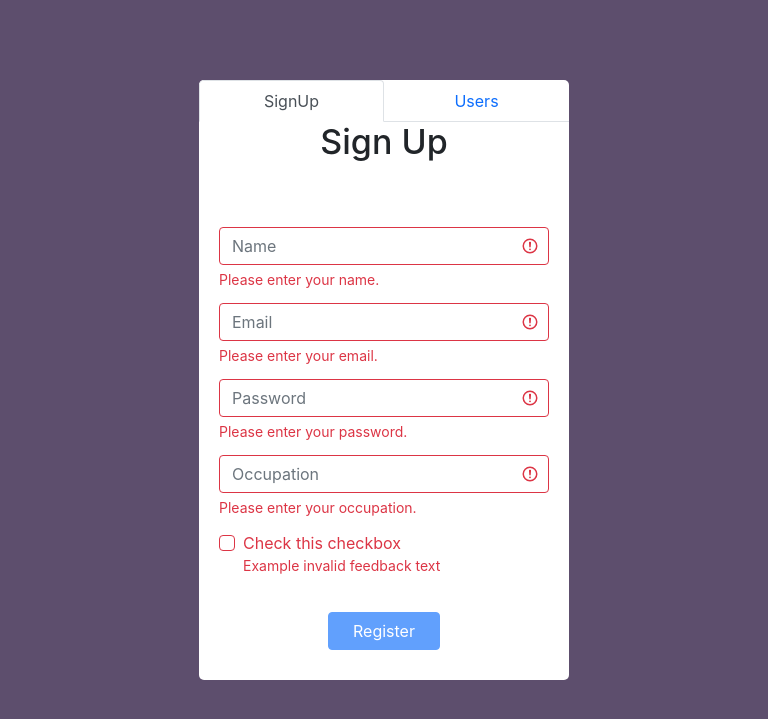
Repository: asadalibest1/SignUp-from
Page: /
The author's editor kept a copy of each file at every save. The page is drawn from the files as they stood at one save, then again after the next save.
The browser window is 768 px wide. The pictures show the whole page.
The project was rebuilt for these pictures with package versions that can differ from the ones it lists, and the page was loaded fresh each time.

Above is the page before, as saved 2021-02-07 23:17:18.

### public/index.html
<!DOCTYPE html>
<html lang="en">
  <head>
    <meta charset="utf-8" />
    <link rel="icon" href="%PUBLIC_URL%/favicon.png" />
    <meta name="viewport" content="width=device-width, initial-scale=1" />
    <meta name="theme-color" content="#000000" />
    <meta
      name="description"
      content="Web site created using create-react-app"
    />
    <link rel="apple-touch-icon" href="%PUBLIC_URL%/logo192.png" />
    <!--
      manifest.json provides metadata used when your web app is installed on a
      user's mobile device or desktop. See https://developers.google.com/web/fundamentals/web-app-manifest/
    -->
    <link rel="manifest" href="%PUBLIC_URL%/manifest.json" />
    <!--
      Notice the use of %PUBLIC_URL% in the tags above.
      It will be replaced with the URL of the `public` folder during the build.
      Only files inside the `public` folder can be referenced from the HTML.

      Unlike "/favicon.ico" or "favicon.ico", "%PUBLIC_URL%/favicon.ico" will
      work correctly both with client-side routing and a non-root public URL.
      Learn how to configure a non-root public URL by running `npm run build`.
    -->
    <!-- Bootstrap -->
    <link href="https://cdn.jsdelivr.net/npm/bootstrap@5.0.0-beta1/dist/css/bootstrap.min.css" rel="stylesheet" integrity="sha384-giJF6kkoqNQ00vy+HMDP7azOuL0xtbfIcaT9wjKHr8RbDVddVHyTfAAsrekwKmP1" crossorigin="anonymous">
    <title>Sign Up</title>
  </head>
  <body>
    <noscript>You need to enable JavaScript to run this app.</noscript>
    <div id="root"></div>
    <!--
      This HTML file is a template.
      If you open it directly in the browser, you will see an empty page.

      You can add webfonts, meta tags, or analytics to this file.
      The build step will place the bundled scripts into the <body> tag.

      To begin the development, run `npm start` or `yarn start`.
      To create a production bundle, use `npm run build` or `yarn build`.
    -->
    <script src="https://cdn.jsdelivr.net/npm/bootstrap@5.0.0-beta1/dist/js/bootstrap.bundle.min.js" integrity="sha384-ygbV9kiqUc6oa4msXn9868pTtWMgiQaeYH7/t7LECLbyPA2x65Kgf80OJFdroafW" crossorigin="anonymous"></script>
  </body>
</html>

### src/index.css
body {
  margin: 0;
  font-family: -apple-system, BlinkMacSystemFont, 'Segoe UI', 'Roboto', 'Oxygen',
    'Ubuntu', 'Cantarell', 'Fira Sans', 'Droid Sans', 'Helvetica Neue',
    sans-serif;
  -webkit-font-smoothing: antialiased;
  -moz-osx-font-smoothing: grayscale;
  background-color: #5D4E6D;
}

code {
  font-family: source-code-pro, Menlo, Monaco, Consolas, 'Courier New',
    monospace;
}

### src/App.js
import React from 'react'
import App1 from "./components/App1/App1"

export default function App() {
  return (
    <div>
      <App1 />
    </div>
  )
}

### src/components/App1/App1.js
import React from 'react'
import Tabs from '../Tabs/Tabs'

export default function App1() {
    return (
        <div>
            <Tabs />
        </div>
    )
}

### src/features/counter/counterSlice.js
import { createSlice } from '@reduxjs/toolkit';

export const counterSlice = createSlice({
  name: 'counter',
  initialState: {
    value: 0,
  },
  reducers: {
    increment: state => {
      // Redux Toolkit allows us to write "mutating" logic in reducers. It
      // doesn't actually mutate the state because it uses the Immer library,
      // which detects changes to a "draft state" and produces a brand new
      // immutable state based off those changes
      state.value += 1;
    },
    decrement: state => {
      state.value -= 1;
    },
    incrementByAmount: (state, action) => {
      state.value += action.payload;
    },
  },
});

export const { increment, decrement, incrementByAmount } = counterSlice.actions;

// The function below is called a thunk and allows us to perform async logic. It
// can be dispatched like a regular action: `dispatch(incrementAsync(10))`. This
// will call the thunk with the `dispatch` function as the first argument. Async
// code can then be executed and other actions can be dispatched
export const incrementAsync = amount => dispatch => {
  setTimeout(() => {
    dispatch(incrementByAmount(amount));
  }, 1000);
};

// The function below is called a selector and allows us to select a value from
// the state. Selectors can also be defined inline where they're used instead of
// in the slice file. For example: `useSelector((state) => state.counter.value)`
export const selectCount = state => state.counter.value;

export default counterSlice.reducer;

### src/components/Tabs/Tabs.js
import React from 'react'
import SignUp from "../SignUp/SignUp"
import Users from "../Users/Users"
import "./Tabs.css"

export default function Tabs() {
    return (
        <div className="tabs-main">
            <div className="tabs">

                <ul className="nav nav-tabs" id="myTab" role="tablist">
                    <li className="nav-item text-center w-50" role="presentation">
                        <a className="nav-link active" id="signUp-tab" data-bs-toggle="tab" href="#signUp" role="tab" aria-controls="signUp" aria-selected="true">SignUp</a>
                    </li>
                    <li className="nav-item text-center w-50" role="presentation">
                        <a className="nav-link" id="users-tab" data-bs-toggle="tab" href="#users" role="tab" aria-controls="users" aria-selected="false">Users</a>
                    </li>
                </ul>
                <div className="tab-content" id="myTabContent">
                    <div className="tab-pane fade show active" id="signUp" role="tabpanel" aria-labelledby="signUp-tab">
                        <SignUp />
                    </div>
                    <div className="tab-pane fade" id="users" role="tabpanel" aria-labelledby="users-tab">

                        <Users />
                    </div>
                </div>


            </div>
        </div>
    )
}

### src/components/SignUp/SignUp.js
import React from 'react'
import "./SignUp.css"

export default function SignUp() {
    return (
        <div className="SignUp">
          <h2 className="text-center">Sign Up</h2>

<form className="was-validated">

  <div className="mb-3">
    <input type="name" className="form-control" id="validationTextarea" placeholder="Name" required />
    <div className="invalid-feedback">
      Please enter your name.
    </div>
  </div>

  <div className="mb-3">
    <input type="email" className="form-control" id="validationTextarea" placeholder="Email" required />
    <div className="invalid-feedback">
      Please enter your email.
    </div>
  </div>

  <div className="mb-3">
    <input type="password" className="form-control" id="validationTextarea" placeholder="Password" required />
    <div className="invalid-feedback">
      Please enter your password.
    </div>
  </div>

  <div className="mb-3">
    <input type="occupation" className="form-control" id="validationTextarea" placeholder="Occupation" required />
    <div className="invalid-feedback">
      Please enter your occupation.
    </div>
  </div>


  <div className="radioButton form-check mb-3">
    <input type="checkbox" className="form-check-input" id="validationFormCheck1" required />
    <label className="form-check-label" for="validationFormCheck1">Check this checkbox</label>
    <div className="invalid-feedback">Example invalid feedback text</div>
  </div>


  <div className="mb-3 text-center">
    <button className="btn btn-primary px-4" type="submit" disabled >Register</button>
  </div>
</form>
        </div>
    )
}

### src/components/Users/Users.js
import React from 'react'
import "./Users.css"

export default function Users() {
    return (
        <div className="users">

<div  className="tabpanel" role="tabpanel">
    <div className="panel-coloumn mt-3">
  <div className="list-group" id="myList" role="tablist">

    <a className="list-group-item list-group-item-action active" data-bs-toggle="list" href="#home" role="tab">Home</a>

  </div>
  </div>

  <div className="tab-content">

    <div className="tab-pane active" id="home" role="tabpanel">

    <ul className="list-group list-group-flush">
              <li className="list-group-item">Name: </li>
              <li className="list-group-item">Email: </li>
              <li className="list-group-item">Password: </li>
              <li className="list-group-item">Occupation: </li>
            </ul>


    </div>

  </div>
</div>
        </div>
    )
}

### src/components/Tabs/Tabs.css
.tabs{
    width: 370px;
    height: 75vh;
    background-color: white;
    margin: auto auto;
    margin-top: 10vh;
    border-radius: 5px;
    overflow: hidden;
}

### src/components/SignUp/SignUp.css
.SignUp form{
    margin: 20px;
}
.SignUp form > div{
    /* border: 1px solid black; */
    height: 60px;
}

.SignUp form .radioButton{
    /* border: 1px solid black; */
    height: 45px;
}
.radioButton div{
    /* border: 1px solid black; */
    margin: 0;
}

@media (max-width: 800px) {
    .SignUp form{
        margin-top: 8vh;
    }
    .SignUp h2 {
        font-size: 34px;
    }
    /* .SignUp form > div{
        height: 70px;
    } */
    .SignUp form button{
        margin-top: 20px;
    }

}

### src/components/Users/Users.css
.users .tabpanel{
    display: flex;
    flex-direction: row;
    overflow: auto;
}
.users .tabpanel a{
    border-radius: 0;
}

.users .tab-content{
    height: fit-content;
    margin-top: 20px;
    margin-left: 20px;
}

.panel-coloumn{
    border-right: 1px solid rgb(240, 223, 223);
    height: 500px;
    width: 120px;
}

Loaded but not shown: src/index.js (common file); src/app/store.js (common file); src/serviceWorker.js (common file)

After the next save:
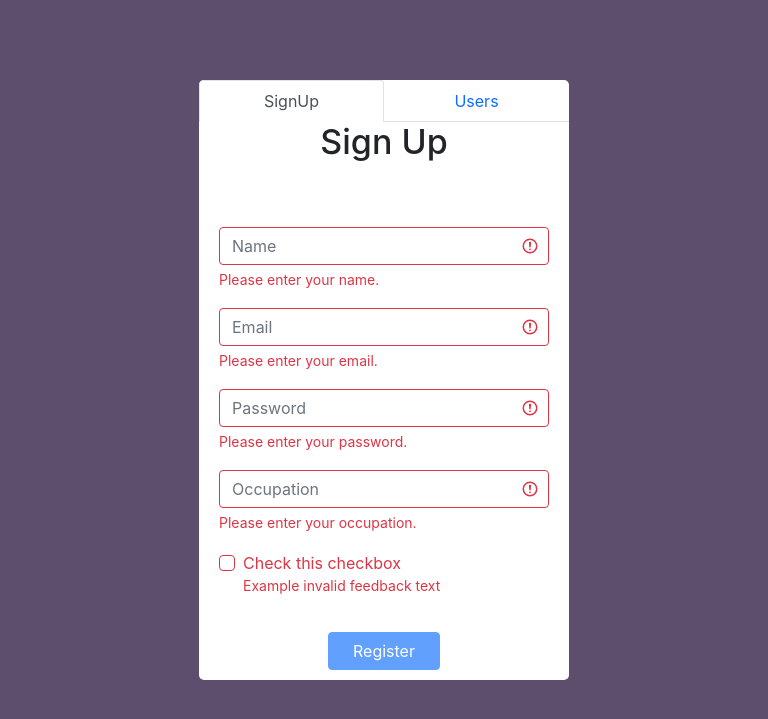
Saved 20 s later.
--- a/src/components/SignUp/SignUp.css
+++ b/src/components/SignUp/SignUp.css
@@ -22,9 +22,9 @@
     .SignUp h2 {
         font-size: 34px;
     }
-    /* .SignUp form > div{
-        height: 70px;
-    } */
+    .SignUp form > div{
+        height: 65px;
+    }
     .SignUp form button{
         margin-top: 20px;
     }
